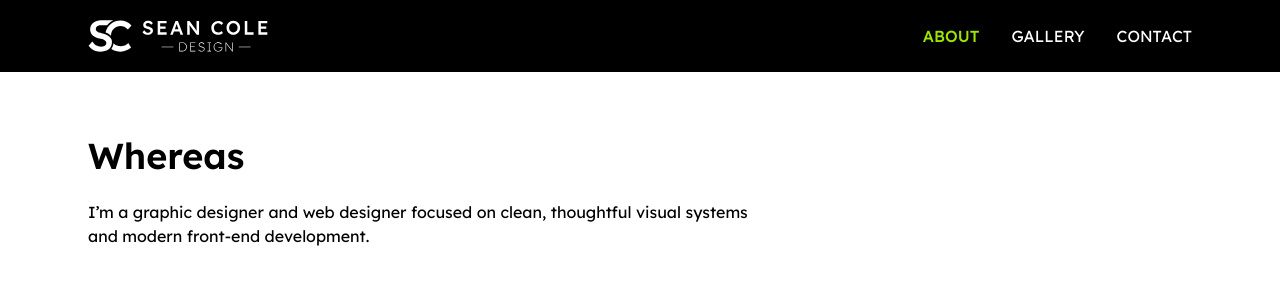
Repository: YanceMcFinn/Portfolio-Website-2026
Page: /
These files come from the project's save history. The page is drawn as it stood at one moment and after the next save; the edit follows.
The browser window is 1280 px wide. The pictures show the whole page.
The project was rebuilt for these pictures with package versions that can differ from the ones it lists, and the page was loaded fresh each time. Also part of the build but not shown: vite.config.js, src/components/ProjectCard.jsx, src/components/Gallery.jsx, src/components/ProjectModal.jsx.

Above is the page before, as saved 2026-02-06 21:12:31.

After the next save:
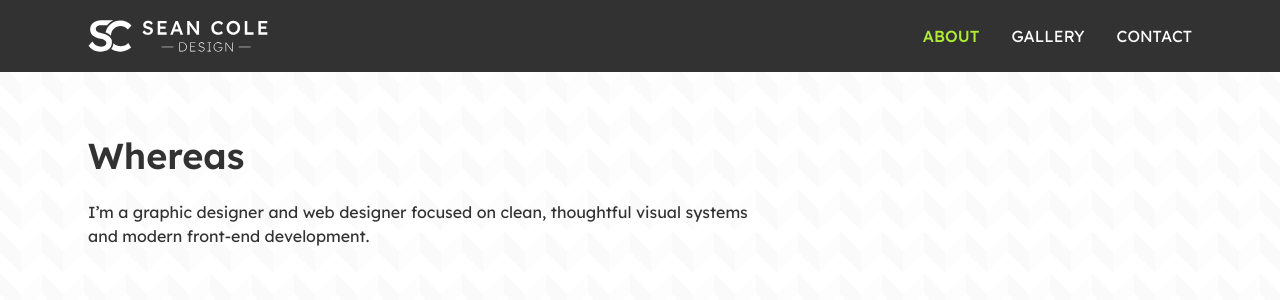
Saved 22 s later.
--- a/src/index.css
+++ b/src/index.css
@@ -35,6 +35,12 @@
     font-variation-settings: "wght" 500 !important;
   }
 }
+
+.bg-zigzag {
+  background-color: #ffffff;
+opacity: 0.8;
+background: linear-gradient(135deg, #f9f9f955 25%, transparent 25%) -21px 0/ 42px 42px, linear-gradient(225deg, #f9f9f9 25%, transparent 25%) -21px 0/ 42px 42px, linear-gradient(315deg, #f9f9f955 25%, transparent 25%) 0px 0/ 42px 42px, linear-gradient(45deg, #f9f9f9 25%, #ffffff 25%) 0px 0/ 42px 42px;
+}
 /*.bg-gradient {
     background-size: 100% 100%;
 background-position: 0px 0px,0px 0px,0px 0px;
